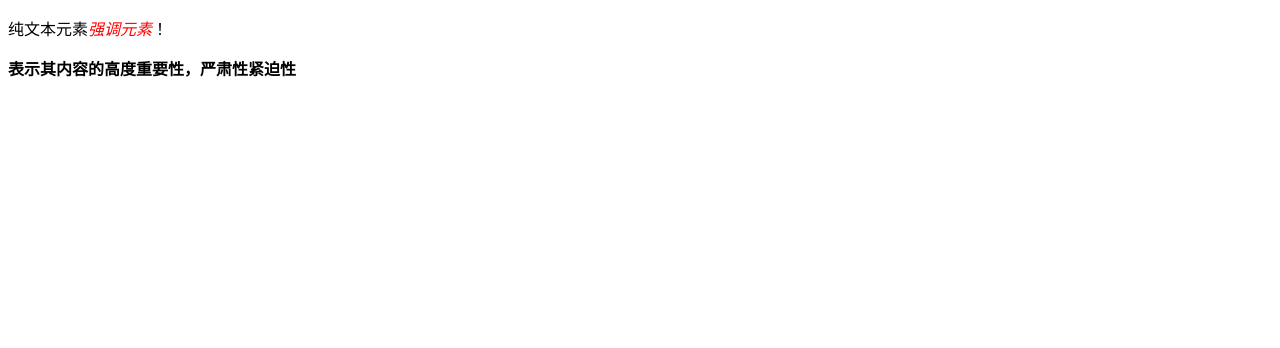
Repository: zyq1120/vscode
Page: HTML/index_01.html
These files come from the project's save history. The page is drawn as it stood at one moment and after the next save; the edit follows.
The browser window is 1280 px wide. The pictures show the whole page.

Above is the page before, as saved 2024-09-25 21:58:46.

### HTML/index_01.html
<!DOCTYPE html>
<html lang="en">
<head>
    <meta charset="UTF-8">
    <meta name="viewport" content="width=device-width, initial-scale=1.0">
    <meta name="description" content="......">
    <meta name="keywords" content="html">
    <title>Document</title>
    <style>
        em{
            color: red;
        }
    </style>
</head>
<body>
    <p>纯文本元素<em>强调元素</em>！</p>
    <p><strong>表示其内容的高度重要性，严肃性紧迫性</strong></p>

</body>
</html>

After the next save:
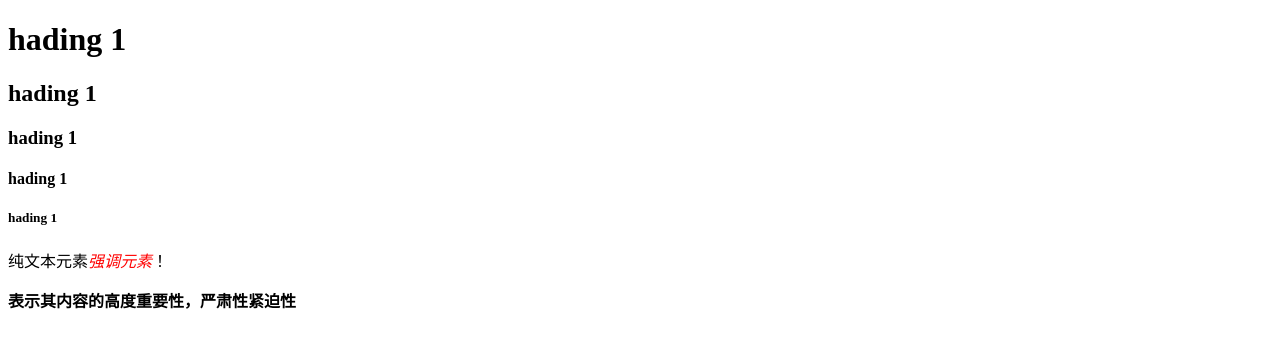
Saved 2 min 58 s later.
--- a/HTML/index_01.html
+++ b/HTML/index_01.html
@@ -13,6 +13,11 @@
     </style>
 </head>
 <body>
+    <h1>hading 1</h1>
+    <h2>hading 1</h2>
+    <h3>hading 1</h3>
+    <h4>hading 1</h4>
+    <h5>hading 1</h5>
     <p>纯文本元素<em>强调元素</em>！</p>
     <p><strong>表示其内容的高度重要性，严肃性紧迫性</strong></p>
 
